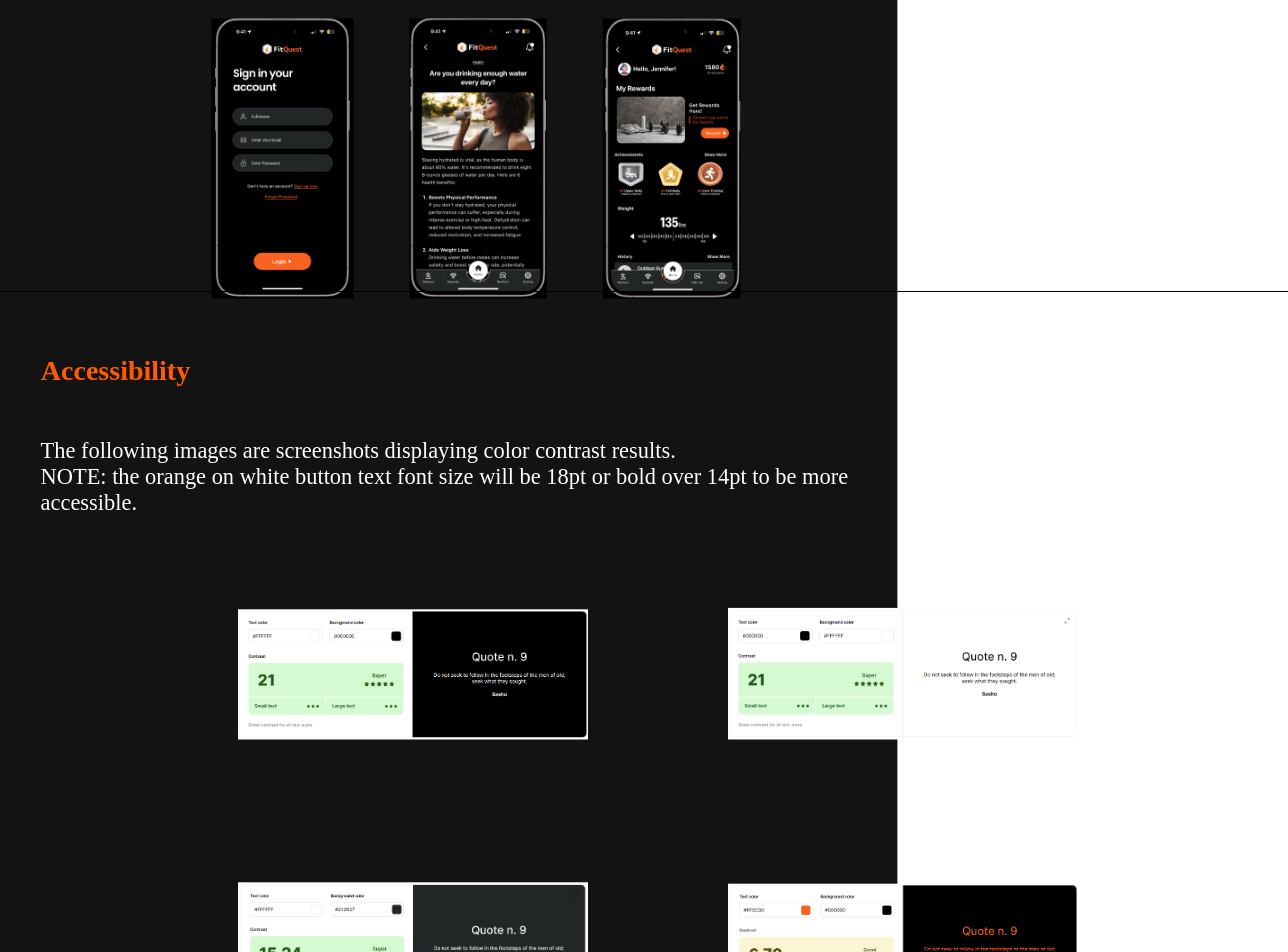
Repository: KyannaKrueger/a5styleguide
Page: /colors
An editor plug-in stored every save of this project. The page is shown before and after a run of saves, followed by the edit.
The browser window is 1280 px wide. The page is 1840 px wide, so the pictures cover 1840 px, including what lies to the right of the window. The pictures show the part of the page from y = 2488 to 3848 px (the page is 4480 px tall), at 70% of full size.
The project was rebuilt for these pictures with package versions that can differ from the ones it lists, and the page was loaded fresh each time. The framework's server and built-in components were replaced by stand-ins that run in the browser. Also part of the build but not shown: next.config.mjs.

Above is the page before, as saved 2024-04-07 19:59:32.

### pages/colors.js
import styles from "@/styles/colors.module.css";
import Header from "@/components/Header";
import Footer from "@/components/Footer";

export default function Colors() {
    return (
      <>
      <Header/>
        <main className={styles.colors}>
         <h1 className={styles.clrTitle}>Color palette </h1>
         <p className={styles.clrTxt}>The colors for FitQuest were carefully chosen with the app and its users in mind. We wanted to choose meaningful colors that were bright and energetic to encourage our users to workout using our app.</p>
         <div className={styles.swatchContainer}>
              <div className={styles.clrSwatch}>
                  <img src="/orangeSwatch.png" className={styles.swatch}/>
                  <h4>The Accent</h4>
                  <p>We selected orange as our accent color <br/> because it symbolizes energy, which is<br/> crucial for a fitness app. We opted for this <br/>vibrant shade of orange over other colors<br/> because its brightness distinguishes the app,<br/> serving as a powerful reminder and motivator<br/> for daily workouts. You can find this color<br/> in our action buttons and to highlight<br/> important parts of our app.</p>
              </div>
              <div className={styles.clrSwatch}>
                  <img src="/graySwatch.png" className={styles.swatch}/>
                  <h4>The Grey</h4>
                  <p>This shade of grey is an excellent color choice<br/> to compliment out accent color. This color is primarily<br/> used for buttons, and stand out against our <br/>dark mode background.</p>
              </div>
              <div className={styles.clrSwatchBlack}>
                  <img src="/blackSwatch.png" className={styles.swatch}/>
                  <h4>The Black</h4>
                  <p>Black is our background color for dark mode, <br/>and our text color for light mode. Black also serves to<br/> highlight the vibrant orange color and has<br/> a large contrast.</p>
              </div>
              <div className={styles.clrSwatchWhite}>
                  <img src="/whiteSwatch.png" className={styles.swatch}/>
                  <h4>The White</h4>
                  <p>White is our background color for light mode, <br/>and our text color for dark mode.</p>
              </div>
         </div>
         <h3 className={styles.clrSubOne}>Examples</h3>
         <p className={styles.exDescription}>The following images are examples of where our main colors are used appropriately in the app.</p>
         <div className={styles.clrExamples}>
                <img src="/colorExOne.png" className={styles.colorEx}/>
                <img src="/colorExTwo.png" className={styles.colorEx}/>
                <img src="/colorExThree.png" className={styles.colorEx}/>
          </div>
         <h3 className={styles.clrSubTwo}>Accessibility</h3>
         <p className={styles.acDescription}>The following images are screenshots displaying color contrast results.<br/>NOTE: the orange on white button text font size will be 18pt or bold over 14pt to be more accessible.</p>
         <div className={styles.accessibleContainer}>
          <img src="/accessibleWB.png" className={styles.accessiblePic}/>
          <img src="/accessibleBW.png" className={styles.accessiblePic}/>
          <img src="/accessibleGW.png" className={styles.accessiblePic}/>
          <img src="/accessibleOB.png" className={styles.accessiblePic}/>
          <img src="/accessibleWO.png" className={styles.accessiblePic}/>
          <img src="/accessibleOG.png" className={styles.accessiblePic}/>
         </div>
        </main>
        <Footer/>
      </>
    );
  }

### styles/colors.module.css
.colors {
    display: flex;
    flex-direction: column;
    align-items: center;
    text-align: left;
    padding: 6rem;
    min-height: 90vh;
    background-color: #131313;
    margin:-10px;
    padding: 0px;
    font-family: SF pro;
    position: relative;
  }

  .clrTitle{
    color: #ff5c00;
    margin-left: -1050px;
    margin-bottom: -16px;
    margin-top: 100px;
    font-size: 40px;
  }

  .clrTxt {
    color:#fff;
    font-family: SF pro;
    font-size: 32px;
    padding: 80px;
    margin-top: -30px;
    margin-left: 60px;
  }

  .swatch {
    width:300px;
    transform: scale(1);
    transition: transform 0.5s ease-in-out;
  }

  .swatch:hover {
    width:300px;
    transform: scale(1.1);
    transition: transform 0.5s ease-in-out;
  }

 .swatchContainer {
  display: flex;
  flex-direction: row;
  flex-wrap: wrap;
  text-align: center;
  margin-left: 360px;
 }

 .clrSwatch {
  color: #fff;
  font-size: 20px;
  margin-right: 120px;
 }

 .clrSwatchBlack {
  color: #fff;
  font-size: 20px;
  margin-right: 120px;
  margin-left: -40px;
  margin-top: 40px;
 }

 .clrSwatchWhite {
  color: #fff;
  font-size: 20px;
  margin-left: 40px;
  margin-top: 40px;
 }

 .clrSubOne {
  color: #ff5c00;
  text-align: left;
  margin-left: -1040px;
  margin-top: 100px;
  font-size: 40px;
 }

 .clrSubTwo {
  color: #ff5c00;
  text-align: left;
  margin-left: -950px;
  font-size: 40px;
 }

 .clrExamples {
  display: flex;
  margin-left: 80px;
}

.exDescription {
  color:#fff;
  margin-left: 40px;
  font-size: 32px;
}

.colorEx {
  width: auto;
  height: 400px;
  margin: 40px;
  transform: scale(1);
  transition: transform 0.5s ease-in-out;
}

.colorEx:hover {
  transform: scale(1.2);
}

.acDescription {
  color:#fff;
  margin-left: 60px;
  font-size: 32px;
}

.accessibleContainer {
  width: 1600px;
  margin-left: 800px;
}

.accessiblePic {
  width: 500px;
  padding: 100px;
  transform: scale(1);
  transition: transform 0.5s ease-in-out;
}

.accessiblePic:hover {
  transform: scale(1.2);
  transition: transform 0.5s ease-in-out;
}

### components/Header/index.js
import styles from './header.module.css';
import Link from 'next/link';

export default function Header() {
  return (
    <>
      <main className={styles.header}>
        <div className={styles.logoContainer}>
          <Link href="/">
            <img src="/fQDarkLogo.svg" className={styles.logo} alt="FitQuest Logo" />
          </Link>
        </div>
        <nav className={styles.navBarContainer}>
          <ul className={styles.navBar}>
            <li className={styles.navItem}>
              <Link href="/" className={styles.headLink}>
                Home
              </Link>
            </li>
            <li className={styles.navItem}>
              <Link href="/colors" className={styles.headLink}>
                Colors
              </Link>
            </li>
            <li className={styles.navItem}>
              <Link href="/graphics" className={styles.headLink}>
                Graphics
              </Link>
            </li>
            <li className={styles.navItem}>
              <Link href="/logo" className={styles.headLink}>
                Logo
              </Link>
            </li>
            <li className={styles.navItem}>
              <Link href="/typography" className={styles.headLink}>
                Typography
              </Link>
            </li>
          </ul>
        </nav>
      </main>
    </>
  );
}

### components/Footer/index.js
import styles from './footer.module.css';

export default function Footer() {
  return (
    <>
      <main className={styles.footer}>
      <p className={styles.rights}>© FitQuest</p>
      </main>
    </>
  );
}

### components/Header/header.module.css
.header {
        background-color: #000005;
        color: #fff;
        font-family: 'Lucida Sans', 'Lucida Sans Regular', 'Lucida Grande', 'Lucida Sans Unicode', Geneva, Verdana, sans-serif;
        font-size: 24px;
        height: 140px;
        display: flex;
        justify-content: space-between;
        align-items: center;
        margin: -20px;
      }

      .logoContainer {
        margin-left: 40px;
      }

      .logo {
        width: 200px;
        height: auto;
      }

      .navBarContainer {
        margin-right: 40px;
      }

      .navBar {
        list-style-type: none;
        display: flex;
        justify-content: flex-end;
        padding: 0;
        margin: 0;
      }

      .navItem {
        padding: 0 10px;
      }

      .headLink {
        color: #fff;
        text-decoration: none;
        font-family: 'SF Pro', sans-serif;
      }

      .headLink:hover {
        color: #FF5C00;
      }

### components/Footer/footer.module.css
.footer {
  background-color: #070707;
  height: 60px;
  display: flex;
  justify-content: flex-start;
  flex-direction: row;
  align-items: center;
  margin:-20px;
  }

.rights {
  color: #fff;
  font-size: 20px;
  font-family: Arial, Helvetica, sans-serif;
  margin: auto;
}

Loaded but not shown: pages/_app.js (common file); pages/_document.js (common file); styles/globals.css (common file)

After the next 3 saves:
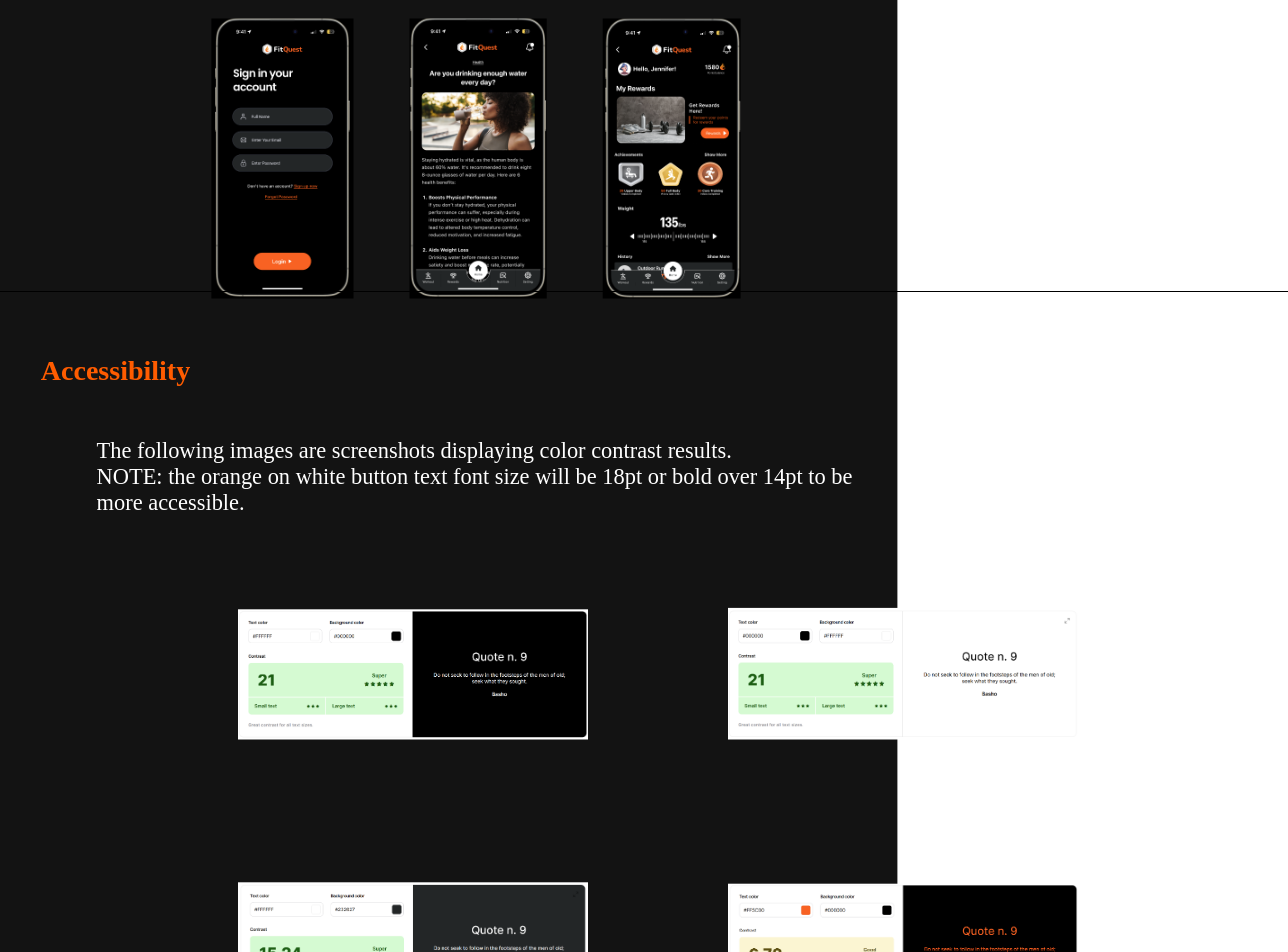
The 3 saves are shown as one change because they came seconds apart.
The last was saved 9 s later.
--- a/styles/colors.module.css
+++ b/styles/colors.module.css
@@ -110,7 +110,7 @@
 
 .acDescription {
   color:#fff;
-  margin-left: 60px;
+  margin-left: 140px;
   font-size: 32px;
 }
 
